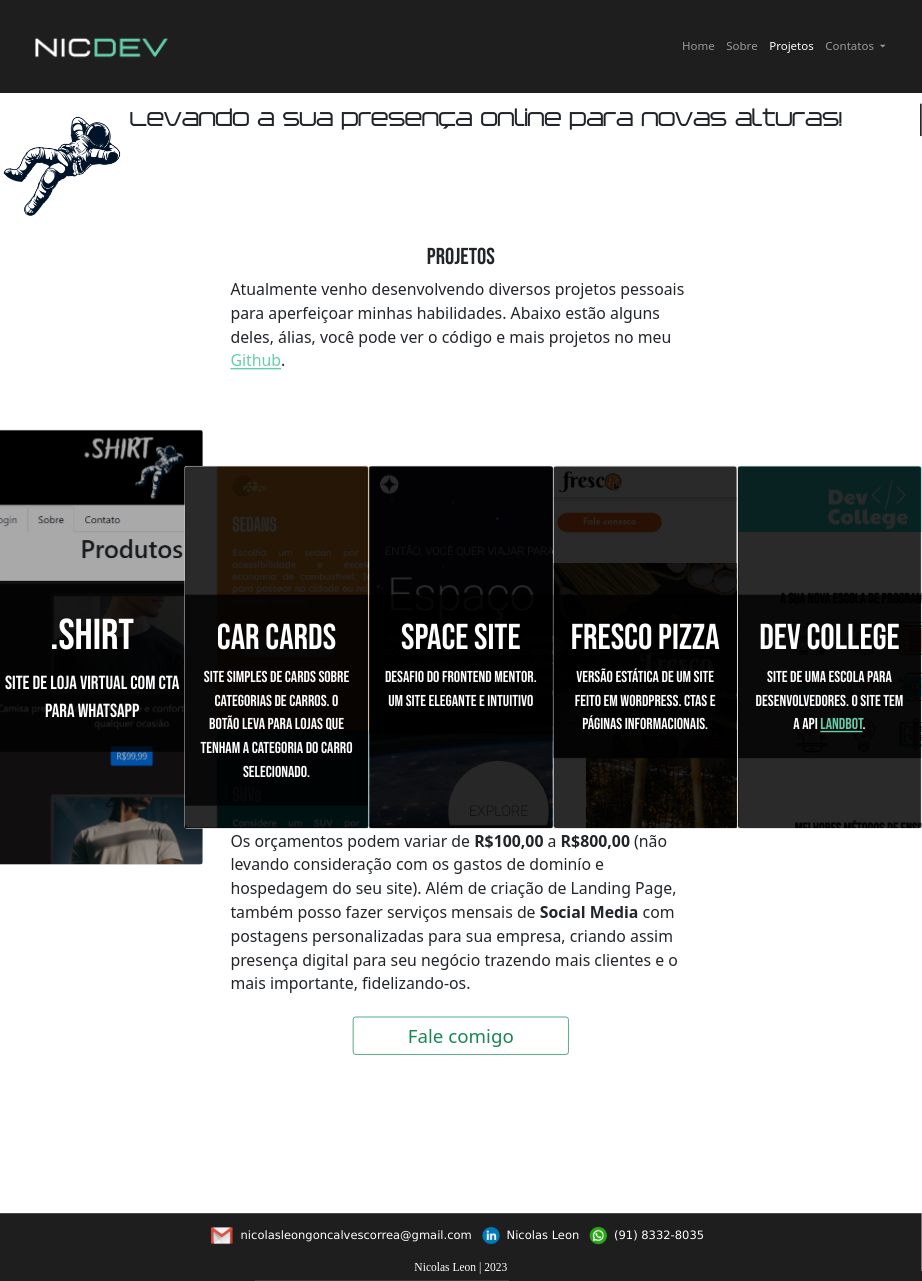
Repository: Leonngc/nicdev
Page: projects.html
The author's editor kept a copy of each file at every save. The page is drawn from the files as they stood at one save, then again after a run of saves.
The browser window is 1280 px wide. The pictures show the whole page, at 72% of full size.
The pointer rests on the first visible `#card-0`.
Some web libraries are served in a nearby version.

Above is the page before, as saved 2023-06-04 23:48:07.

After the next 2 saves:
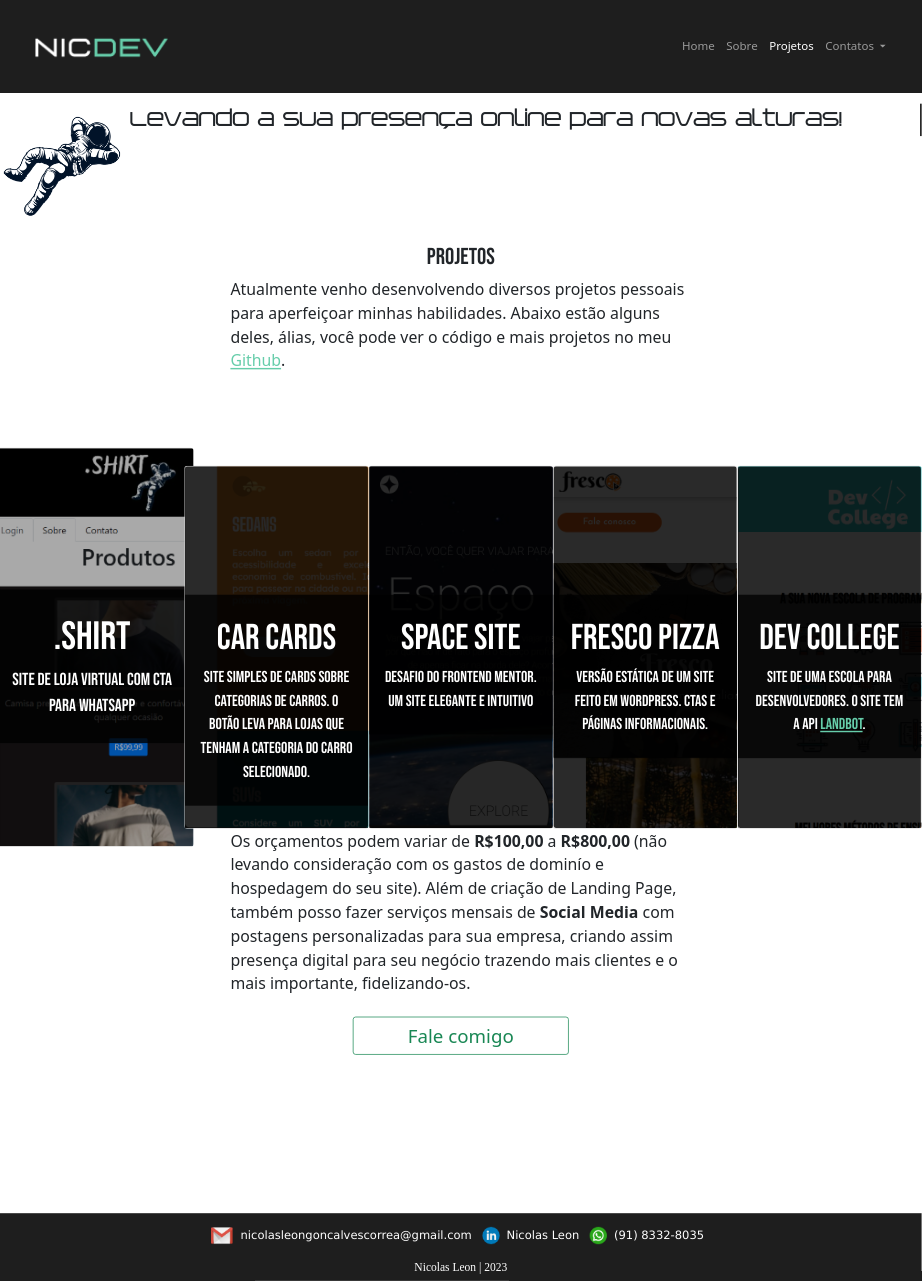
The 2 saves are shown as one change because they came seconds apart.
The last was saved 4 s later.
--- a/styles/cards.css
+++ b/styles/cards.css
@@ -53,12 +53,12 @@
 
   #card-0:hover{
     box-shadow: inset 0 0 0 50vw rgba(0, 0, 0, 0.336);
-    transform: scale(1.2);
+    transform: scale(1.1);
     transition: 1s;
   }
   #card-1:hover{
     box-shadow: inset 0 0 0 50vw rgba(0, 0, 0, 0.336);
-    transform: scale(1.2);
+    transform: scale(1.1);
     transition: 1s;
   }
   #card-2:hover{
